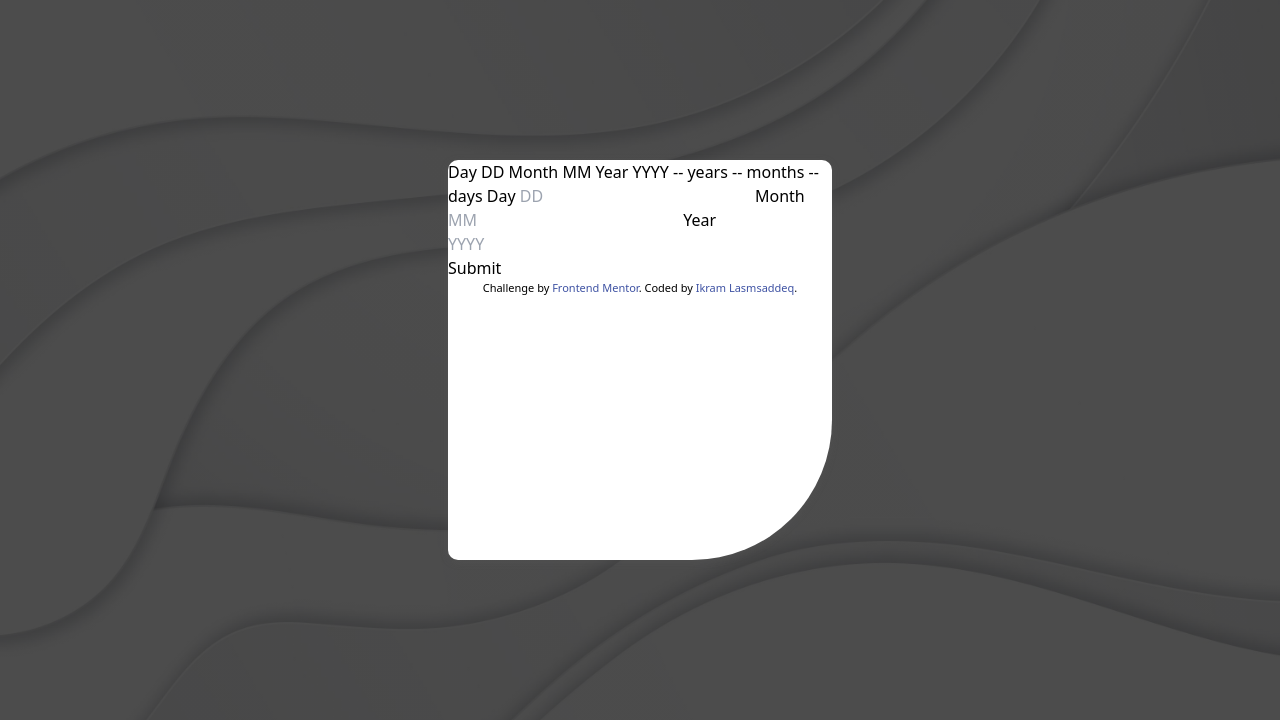
Repository: ikram-lisa/age-display
Page: /
An editor plug-in stored every save of this project. The page is shown before and after the next save, followed by the edit.
The browser window is 1280 px wide. The pictures show the whole page.
Some web libraries are served in a nearby version. The project was rebuilt for these pictures with package versions that can differ from the ones it lists, and the page was loaded fresh each time.

Above is the page before, as saved 2024-04-30 15:37:04.

After the next save:
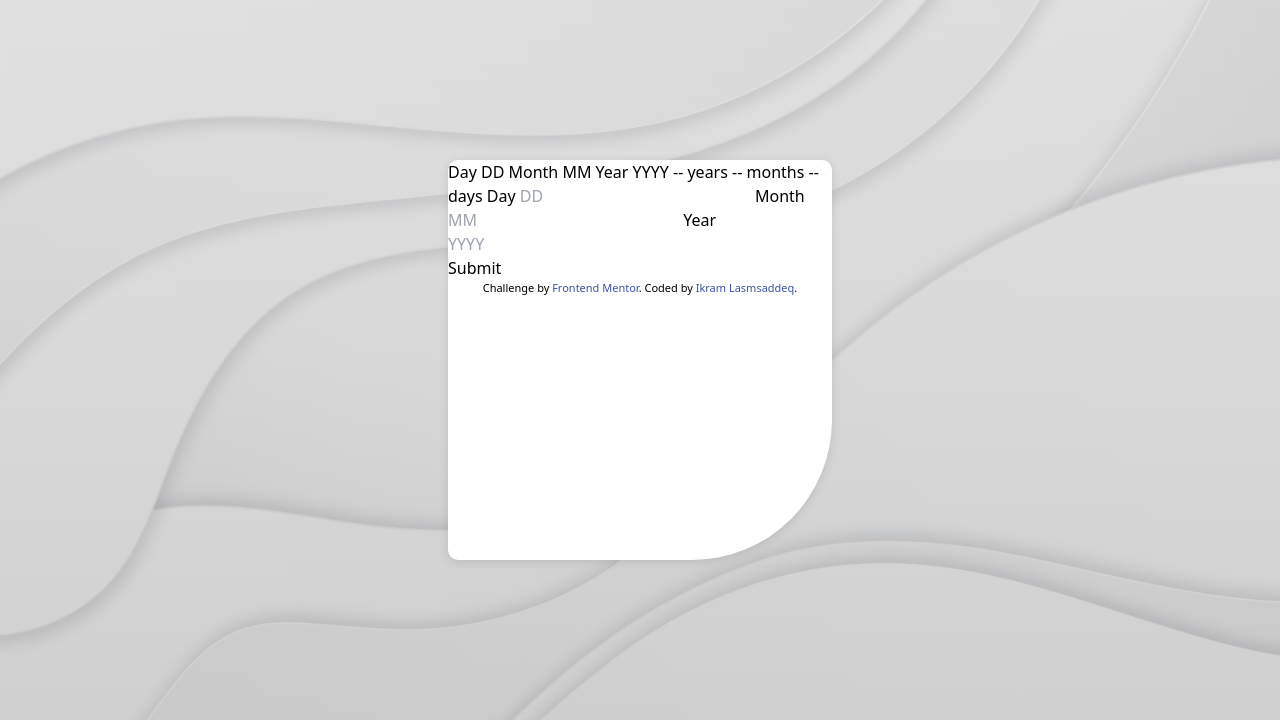
Saved 22 s later.
--- a/css/style.scss
+++ b/css/style.scss
@@ -9,7 +9,10 @@
 }
 body {
   height: 100vh;
-  background: linear-gradient(rgba(0, 0, 0, 0.7), rgba(0, 0, 0, 0.7)),
+  background: linear-gradient(
+      rgba(196, 196, 196, 0.5),
+      rgba(161, 161, 161, 0.5)
+    ),
     url("../images/background.jpg");
   background-size: cover;
   background-position: center;
